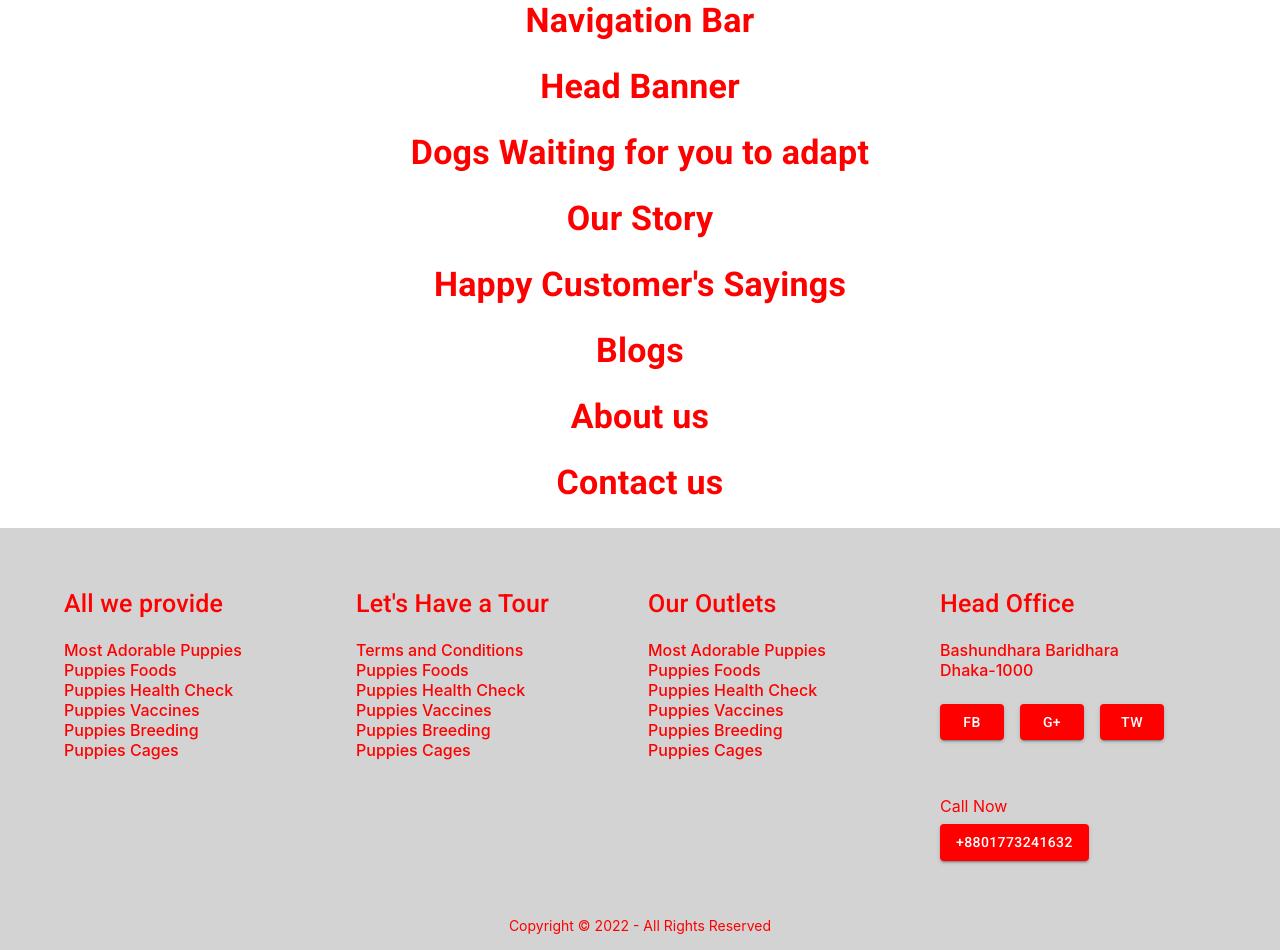
Repository: Sharif-00112/dogos-paradise-client
Page: /
An editor plug-in stored every save of this project. The page is shown before and after the next save, followed by the edit.
The browser window is 1280 px wide. The pictures show the whole page.
The page's requests for data from a server got no answer. The project was rebuilt for these pictures with package versions that can differ from the ones it lists, and the page was loaded fresh each time. Some packages were replaced by stand-ins written for this rebuild. No one was signed in, and anything a server would have sent is missing. Also part of the build but not shown: src/Pages/Login/Login/Login.js, src/Pages/Login/Register/Register.js, src/Pages/NotFound/NotFound.js.

Above is the page before, as saved 2022-11-30 23:05:18.

After the next save:
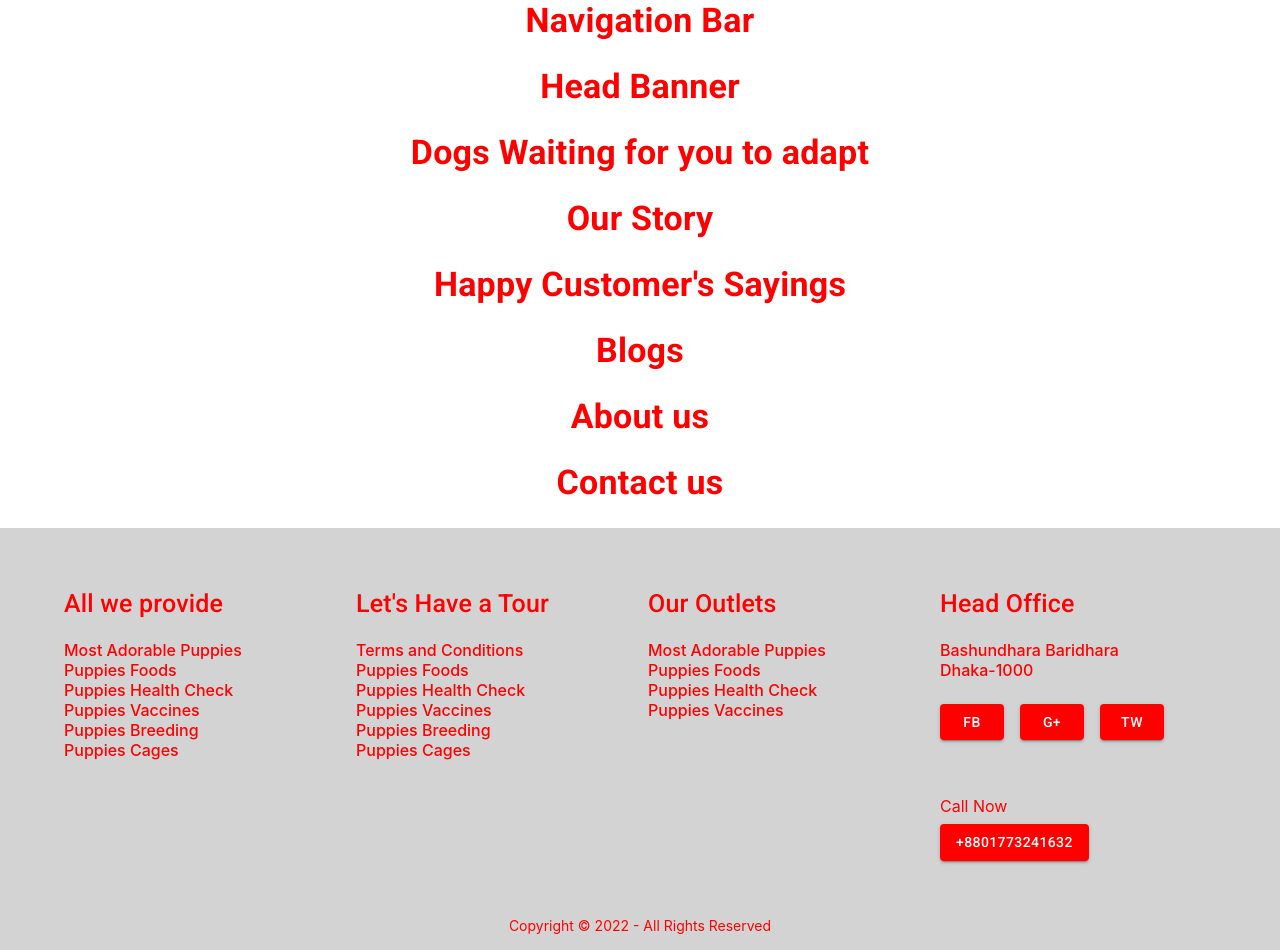
Saved 24 s later.
--- a/src/Pages/Shared/Footer/Footer.js
+++ b/src/Pages/Shared/Footer/Footer.js
@@ -120,18 +120,6 @@ const Footer = () => {
                             to = '/checkUp'>
                                 Puppies Vaccines
                         </Link>
-                        <br />
-                        <Link
-                            style={{ textDecoration:'none', color: 'red', fontWeight: 500, fontSize: 16 }}
-                            to = '/checkUp'>
-                                Puppies Breeding
-                        </Link>
-                        <br />
-                        <Link
-                            style={{ textDecoration:'none', color: 'red', fontWeight: 500, fontSize: 16 }}
-                            to = '/checkUp'>
-                                Puppies Cages
-                        </Link>
                     </Grid>
                     <Grid item style={{ textAlign: 'left'}} xs={6} md={3}>
                         <Typography sx={{ my:2, fontSize: 18, fontWeight: 600 }} style={{color: 'red', fontWeight: 500, fontSize: 25 }} variant="h6" component="div">
